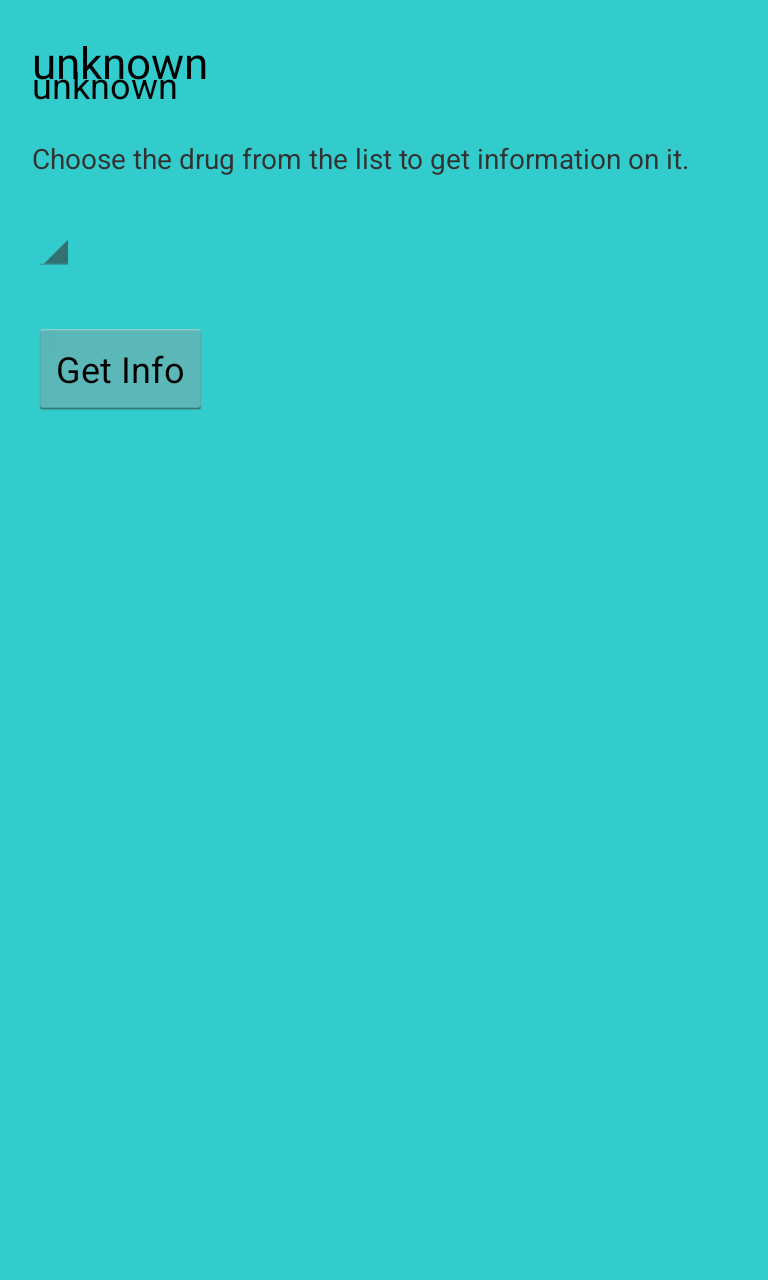
Repository: rosingrr/EECE-Andriod-APP-SympMeds
Layout: app/SympMeds/res/layout/activity_drug_list.xml
These files come from the project's save history. The layout is drawn as it stood at one moment and after the next save; the edit follows.
It is drawn on a 768 x 1280 px phone screen (xhdpi) without system bars, with theme AppTheme; the app's code is not run.

Above is the layout before, as saved 2013-07-18 14:01:02.

After the next save:
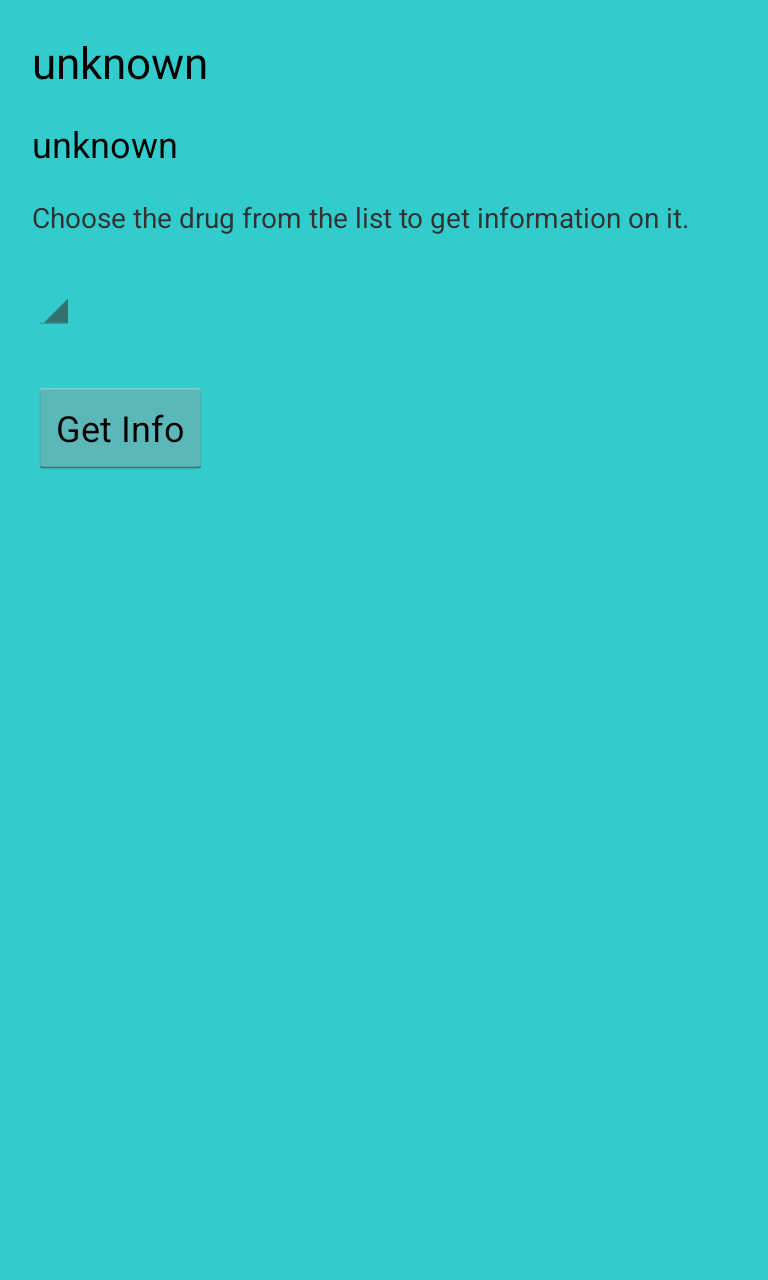
Saved 16 s later.
--- a/app/SympMeds/res/layout/activity_drug_list.xml
+++ b/app/SympMeds/res/layout/activity_drug_list.xml
@@ -41,7 +41,7 @@
         android:id="@+id/textView1"
         android:layout_width="wrap_content"
         android:layout_height="wrap_content"
-        android:layout_alignLeft="@+id/textView2"
+        android:layout_alignLeft="@+id/symName_textView"
         android:layout_below="@+id/textView3"
         android:layout_marginTop="15dp"
         android:text="@string/instructions" />
@@ -51,7 +51,7 @@
         android:layout_width="wrap_content"
         android:layout_height="wrap_content"
         android:layout_alignLeft="@+id/textView1"
-        android:layout_below="@+id/textView2"
+        android:layout_below="@+id/symName_textView"
         android:layout_marginTop="14dp"
         android:text="@string/unknown"
         android:textAppearance="?android:attr/textAppearanceMedium" />
